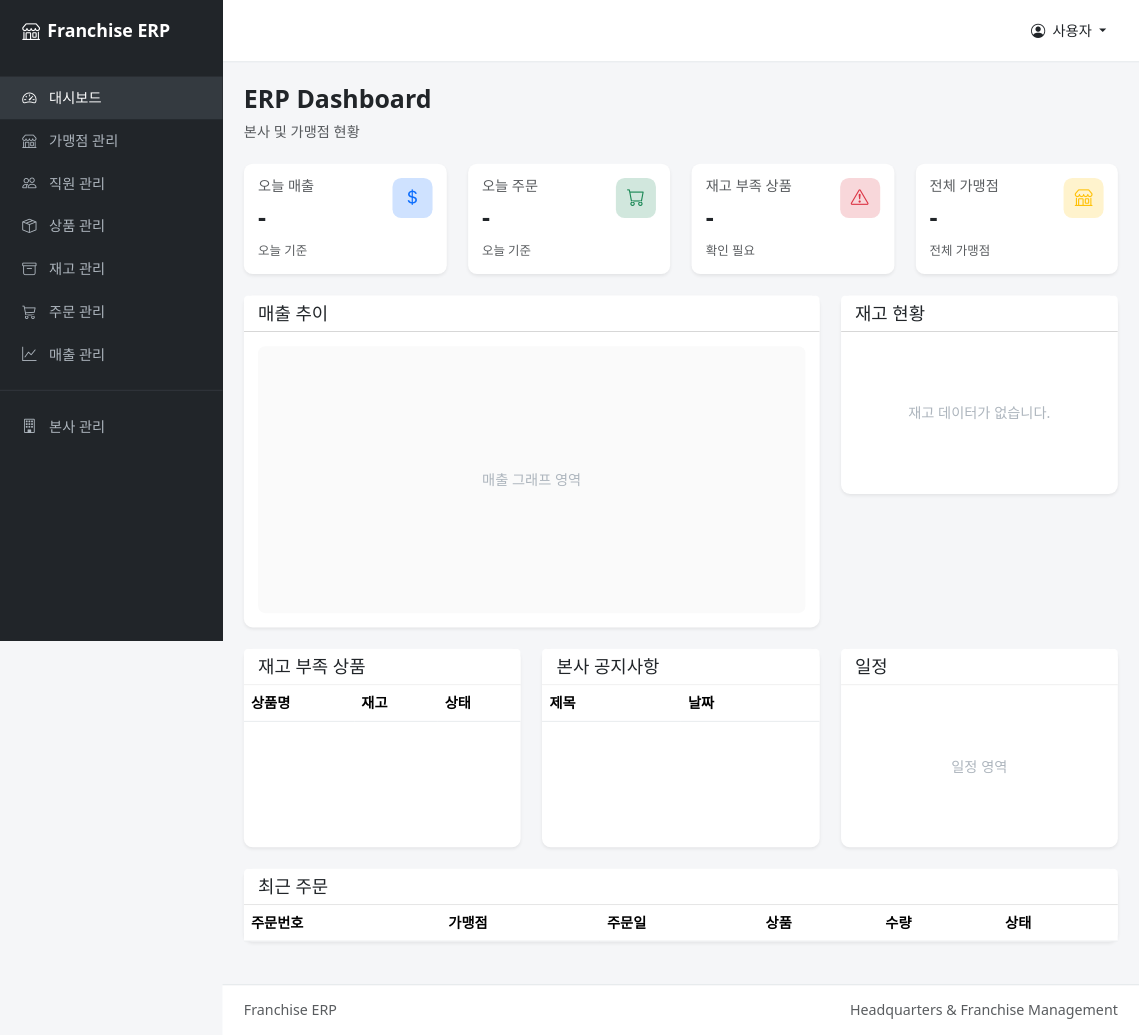
Repository: nojong99/kosta
Page: 32_MVCModel2/src/main/webapp/wasteTrends.html
The author's editor kept a copy of each file at every save. The page is drawn from the files as they stood at one save, then again after the next save.
The browser window is 1280 px wide. The pictures show the whole page, at 89% of full size.

Above is the page before, as saved 2026-09-23 02:42:04.

### 32_MVCModel2/src/main/webapp/wasteTrends.html
<!DOCTYPE html>
<html lang="ko">

<head>
    <meta charset="UTF-8">
    <meta name="viewport" content="width=device-width, initial-scale=1">

    <title>Franchise ERP</title>

    <link
        href="https://cdn.jsdelivr.net/npm/bootstrap@5.3.8/dist/css/bootstrap.min.css"
        rel="stylesheet">
    <link
        rel="stylesheet"
        href="https://cdn.jsdelivr.net/npm/bootstrap-icons@1.13.1/font/bootstrap-icons.min.css">

    <style>

        body {
            background-color: #f5f6f8;
        }

        /* 사이드바 */
        .sidebar {
            width: 250px;
            min-height: 100vh;
            background-color: #212529;
            position: fixed;
            left: 0;
            top: 0;
        }

        .sidebar .logo {
            height: 70px;
            display: flex;
            align-items: center;
            padding: 0 25px;
            font-size: 20px;
            font-weight: bold;
            color: white;
        }

        .sidebar .nav-link {
            color: #adb5bd;
            padding: 12px 25px;
        }

        .sidebar .nav-link:hover,
        .sidebar .nav-link.active {
            color: white;
            background-color: #343a40;
        }

        .sidebar .nav-link i {
            margin-right: 10px;
        }

        /* 메인 */
        .main {
            margin-left: 250px;
            min-height: 100vh;
        }

        /* 상단바 */
        .topbar {
            height: 70px;
            background-color: white;
            border-bottom: 1px solid #dee2e6;
        }

        /* 카드 */
        .dashboard-card {
            border: none;
            border-radius: 10px;
        }

        .dashboard-icon {
            width: 45px;
            height: 45px;
            border-radius: 10px;

            display: flex;
            align-items: center;
            justify-content: center;

            font-size: 20px;
        }

        /* 차트 영역 */
        .chart-area {
            height: 300px;

            display: flex;
            align-items: center;
            justify-content: center;

            color: #adb5bd;
            background-color: #fafafa;
            border-radius: 8px;
        }

        /* 빈 데이터 */
        .empty-data {
            height: 150px;

            display: flex;
            align-items: center;
            justify-content: center;

            color: #adb5bd;
        }

        @media (max-width: 768px) {

            .sidebar {
                width: 70px;
            }

            .sidebar .logo span,
            .sidebar .nav-link span {
                display: none;
            }

            .sidebar .nav-link {
                text-align: center;
                padding: 15px 0;
            }

            .sidebar .nav-link i {
                margin: 0;
            }

            .main {
                margin-left: 70px;
            }

        }

    </style>

</head>


<body>


<!-- ==================================================
     SIDEBAR
================================================== -->

<div class="sidebar">

    <div class="logo">

        <i class="bi bi-shop me-2"></i>

        <span>Franchise ERP</span>

    </div>


    <ul class="nav flex-column mt-3">


        <!-- 대시보드 -->

        <li class="nav-item">

            <a class="nav-link active" href="#">

                <i class="bi bi-speedometer2"></i>

                <span>대시보드</span>

            </a>

        </li>


        <!-- 가맹점 -->

        <li class="nav-item">

            <a class="nav-link" href="#">

                <i class="bi bi-shop"></i>

                <span>가맹점 관리</span>

            </a>

        </li>


        <!-- 직원 -->

        <li class="nav-item">

            <a class="nav-link" href="#">

                <i class="bi bi-people"></i>

                <span>직원 관리</span>

            </a>

        </li>


        <!-- 상품 -->

        <li class="nav-item">

            <a class="nav-link" href="#">

                <i class="bi bi-box-seam"></i>

                <span>상품 관리</span>

            </a>

        </li>


        <!-- 재고 -->

        <li class="nav-item">

            <a class="nav-link" href="#">

                <i class="bi bi-archive"></i>

                <span>재고 관리</span>

            </a>

        </li>


        <!-- 주문 -->

        <li class="nav-item">

            <a class="nav-link" href="#">

                <i class="bi bi-cart3"></i>

                <span>주문 관리</span>

            </a>

        </li>


        <!-- 매출 -->

        <li class="nav-item">

            <a class="nav-link" href="#">

                <i class="bi bi-graph-up"></i>

                <span>매출 관리</span>

            </a>

        </li>


        <hr class="text-secondary">


        <!-- 본사 -->

        <li class="nav-item">

            <a class="nav-link" href="#">

                <i class="bi bi-building"></i>

                <span>본사 관리</span>

            </a>

        </li>


    </ul>

</div>



<!-- ==================================================
     MAIN
================================================== -->

<div class="main">


    <!-- ==================================================
         TOPBAR
    ================================================== -->

    <nav class="navbar topbar px-4">

        <div>

            <button
                class="btn btn-light d-md-none">

                <i class="bi bi-list"></i>

            </button>

        </div>


        <div class="dropdown">

            <button
                class="btn dropdown-toggle"
                data-bs-toggle="dropdown">

                <i class="bi bi-person-circle me-1"></i>

                사용자

            </button>


            <ul class="dropdown-menu dropdown-menu-end">

                <li>
                    <a class="dropdown-item" href="#">
                        프로필
                    </a>
                </li>

                <li>
                    <a class="dropdown-item" href="#">
                        설정
                    </a>
                </li>

                <li>
                    <hr class="dropdown-divider">
                </li>

                <li>
                    <a class="dropdown-item" href="#">
                        로그아웃
                    </a>
                </li>

            </ul>

        </div>

    </nav>



    <!-- ==================================================
         CONTENT
    ================================================== -->

    <main class="container-fluid p-4">


        <!-- 제목 -->

        <div class="mb-4">

            <h3 class="fw-bold">
                ERP Dashboard
            </h3>

            <p class="text-muted mb-0">
                본사 및 가맹점 현황
            </p>

        </div>



        <!-- ==================================================
             1. 주요 현황
        ================================================== -->

        <div class="row g-4 mb-4">


            <!-- 오늘 매출 -->

            <div class="col-12 col-sm-6 col-xl-3">

                <div class="card dashboard-card shadow-sm">

                    <div class="card-body">

                        <div class="d-flex justify-content-between">

                            <div>

                                <h6 class="text-muted">
                                    오늘 매출
                                </h6>

                                <h3 class="fw-bold">
                                    -
                                </h3>

                            </div>


                            <div class="dashboard-icon bg-primary-subtle text-primary">

                                <i class="bi bi-currency-dollar"></i>

                            </div>

                        </div>

                        <small class="text-muted">
                            오늘 기준
                        </small>

                    </div>

                </div>

            </div>



            <!-- 주문 -->

            <div class="col-12 col-sm-6 col-xl-3">

                <div class="card dashboard-card shadow-sm">

                    <div class="card-body">

                        <div class="d-flex justify-content-between">

                            <div>

                                <h6 class="text-muted">
                                    오늘 주문
                                </h6>

                                <h3 class="fw-bold">
                                    -
                                </h3>

                            </div>


                            <div class="dashboard-icon bg-success-subtle text-success">

                                <i class="bi bi-cart"></i>

                            </div>

                        </div>

                        <small class="text-muted">
                            오늘 기준
                        </small>

                    </div>

                </div>

            </div>



            <!-- 재고 부족 -->

            <div class="col-12 col-sm-6 col-xl-3">

                <div class="card dashboard-card shadow-sm">

                    <div class="card-body">

                        <div class="d-flex justify-content-between">

                            <div>

                                <h6 class="text-muted">
                                    재고 부족 상품
                                </h6>

                                <h3 class="fw-bold">
                                    -
                                </h3>

                            </div>


                            <div class="dashboard-icon bg-danger-subtle text-danger">

                                <i class="bi bi-exclamation-triangle"></i>

                            </div>

                        </div>

                        <small class="text-muted">
                            확인 필요
                        </small>

                    </div>

                </div>

            </div>



            <!-- 가맹점 -->

            <div class="col-12 col-sm-6 col-xl-3">

                <div class="card dashboard-card shadow-sm">

                    <div class="card-body">

                        <div class="d-flex justify-content-between">

                            <div>

                                <h6 class="text-muted">
                                    전체 가맹점
                                </h6>

                                <h3 class="fw-bold">
                                    -
                                </h3>

                            </div>


                            <div class="dashboard-icon bg-warning-subtle text-warning">

                                <i class="bi bi-shop"></i>

                            </div>

                        </div>

                        <small class="text-muted">
                            전체 가맹점
                        </small>

                    </div>

                </div>

            </div>

        </div>



        <!-- ==================================================
             2. 매출 / 재고
        ================================================== -->

        <div class="row g-4 mb-4">


            <!-- 매출 그래프 -->

            <div class="col-12 col-xl-8">

                <div class="card dashboard-card shadow-sm">

                    <div class="card-header bg-white">

                        <h5 class="mb-0">
                            매출 추이
                        </h5>

                    </div>

                    <div class="card-body">

                        <div class="chart-area">

                            <span>
                                매출 그래프 영역
                            </span>

                        </div>

                    </div>

                </div>

            </div>



            <!-- 재고 -->

            <div class="col-12 col-xl-4">

                <div class="card dashboard-card shadow-sm">

                    <div class="card-header bg-white">

                        <h5 class="mb-0">
                            재고 현황
                        </h5>

                    </div>

                    <div class="card-body">

                        <div class="empty-data">

                            재고 데이터가 없습니다.

                        </div>

                    </div>

                </div>

            </div>

        </div>



        <!-- ==================================================
             3. 재고 / 공지 / 일정
        ================================================== -->

        <div class="row g-4 mb-4">


            <!-- 재고 부족 -->

            <div class="col-12 col-lg-4">

                <div class="card dashboard-card shadow-sm h-100">

                    <div class="card-header bg-white">

                        <h5 class="mb-0">
                            재고 부족 상품
                        </h5>

                    </div>


                    <div class="card-body p-0">

                        <div class="table-responsive">

                            <table class="table table-hover mb-0">

                                <thead>

                                    <tr>

                                        <th>상품명</th>

                                        <th>재고</th>

                                        <th>상태</th>

                                    </tr>

                                </thead>


                                <tbody>

                                    <!-- DB 데이터 출력 -->

                                </tbody>

                            </table>

                        </div>

                    </div>

                </div>

            </div>



            <!-- 공지 -->

            <div class="col-12 col-lg-4">

                <div class="card dashboard-card shadow-sm h-100">

                    <div class="card-header bg-white">

                        <h5 class="mb-0">
                            본사 공지사항
                        </h5>

                    </div>


                    <div class="card-body p-0">

                        <div class="table-responsive">

                            <table class="table table-hover mb-0">

                                <thead>

                                    <tr>

                                        <th>제목</th>

                                        <th>날짜</th>

                                    </tr>

                                </thead>


                                <tbody>

                                    <!-- DB 데이터 출력 -->

                                </tbody>

                            </table>

                        </div>

                    </div>

                </div>

            </div>



            <!-- 일정 -->

            <div class="col-12 col-lg-4">

                <div class="card dashboard-card shadow-sm h-100">

                    <div class="card-header bg-white">

                        <h5 class="mb-0">
                            일정
                        </h5>

                    </div>


                    <div class="card-body">

                        <div class="empty-data">

                            일정 영역

                        </div>

                    </div>

                </div>

            </div>

        </div>



        <!-- ==================================================
             4. 최근 주문
        ================================================== -->

        <div class="card dashboard-card shadow-sm">


            <div class="card-header bg-white">

                <h5 class="mb-0">
                    최근 주문
                </h5>

            </div>


            <div class="card-body p-0">

                <div class="table-responsive">

                    <table class="table table-hover mb-0">

                        <thead>

                            <tr>

                                <th>주문번호</th>

                                <th>가맹점</th>

                                <th>주문일</th>

                                <th>상품</th>

                                <th>수량</th>

                                <th>상태</th>

                            </tr>

                        </thead>


                        <tbody>

                            <!--
                                나중에 DB에서 가져온 데이터를
                                여기에 출력
                            -->

                        </tbody>

                    </table>

                </div>

            </div>

        </div>


    </main>



    <!-- ==================================================
         FOOTER
    ================================================== -->

    <footer class="py-3 mt-4 bg-white border-top">

        <div class="container-fluid px-4">

            <div class="d-flex justify-content-between">

                <span class="text-muted">
                    Franchise ERP
                </span>

                <span class="text-muted">
                    Headquarters & Franchise Management
                </span>

            </div>

        </div>

    </footer>


</div>



<!-- Bootstrap 5 JS -->

<script
    src="https://cdn.jsdelivr.net/npm/bootstrap@5.3.8/dist/js/bootstrap.bundle.min.js">
</script>


</body>

</html>

Loaded but not shown: 32_MVCModel2/src/main/webapp/css/wasteTrends.css (122 lines, source omitted)

After the next save:
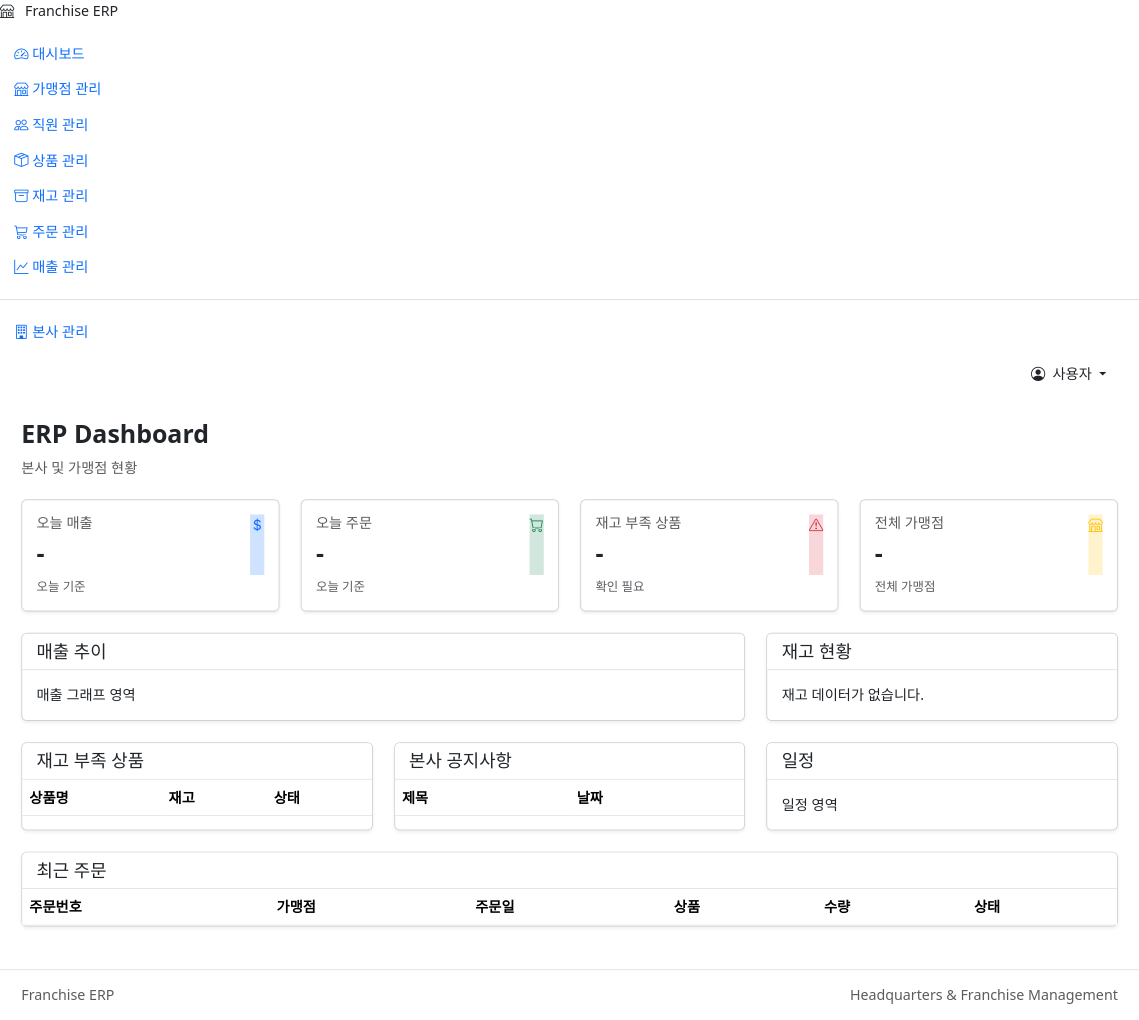
Saved 18 s later.
--- a/32_MVCModel2/src/main/webapp/wasteTrends.html
+++ b/32_MVCModel2/src/main/webapp/wasteTrends.html
@@ -14,129 +14,6 @@
         rel="stylesheet"
         href="https://cdn.jsdelivr.net/npm/bootstrap-icons@1.13.1/font/bootstrap-icons.min.css">
 
-    <style>
-
-        body {
-            background-color: #f5f6f8;
-        }
-
-        /* 사이드바 */
-        .sidebar {
-            width: 250px;
-            min-height: 100vh;
-            background-color: #212529;
-            position: fixed;
-            left: 0;
-            top: 0;
-        }
-
-        .sidebar .logo {
-            height: 70px;
-            display: flex;
-            align-items: center;
-            padding: 0 25px;
-            font-size: 20px;
-            font-weight: bold;
-            color: white;
-        }
-
-        .sidebar .nav-link {
-            color: #adb5bd;
-            padding: 12px 25px;
-        }
-
-        .sidebar .nav-link:hover,
-        .sidebar .nav-link.active {
-            color: white;
-            background-color: #343a40;
-        }
-
-        .sidebar .nav-link i {
-            margin-right: 10px;
-        }
-
-        /* 메인 */
-        .main {
-            margin-left: 250px;
-            min-height: 100vh;
-        }
-
-        /* 상단바 */
-        .topbar {
-            height: 70px;
-            background-color: white;
-            border-bottom: 1px solid #dee2e6;
-        }
-
-        /* 카드 */
-        .dashboard-card {
-            border: none;
-            border-radius: 10px;
-        }
-
-        .dashboard-icon {
-            width: 45px;
-            height: 45px;
-            border-radius: 10px;
-
-            display: flex;
-            align-items: center;
-            justify-content: center;
-
-            font-size: 20px;
-        }
-
-        /* 차트 영역 */
-        .chart-area {
-            height: 300px;
-
-            display: flex;
-            align-items: center;
-            justify-content: center;
-
-            color: #adb5bd;
-            background-color: #fafafa;
-            border-radius: 8px;
-        }
-
-        /* 빈 데이터 */
-        .empty-data {
-            height: 150px;
-
-            display: flex;
-            align-items: center;
-            justify-content: center;
-
-            color: #adb5bd;
-        }
-
-        @media (max-width: 768px) {
-
-            .sidebar {
-                width: 70px;
-            }
-
-            .sidebar .logo span,
-            .sidebar .nav-link span {
-                display: none;
-            }
-
-            .sidebar .nav-link {
-                text-align: center;
-                padding: 15px 0;
-            }
-
-            .sidebar .nav-link i {
-                margin: 0;
-            }
-
-            .main {
-                margin-left: 70px;
-            }
-
-        }
-
-    </style>
 
 </head>
 

After the save that followed:
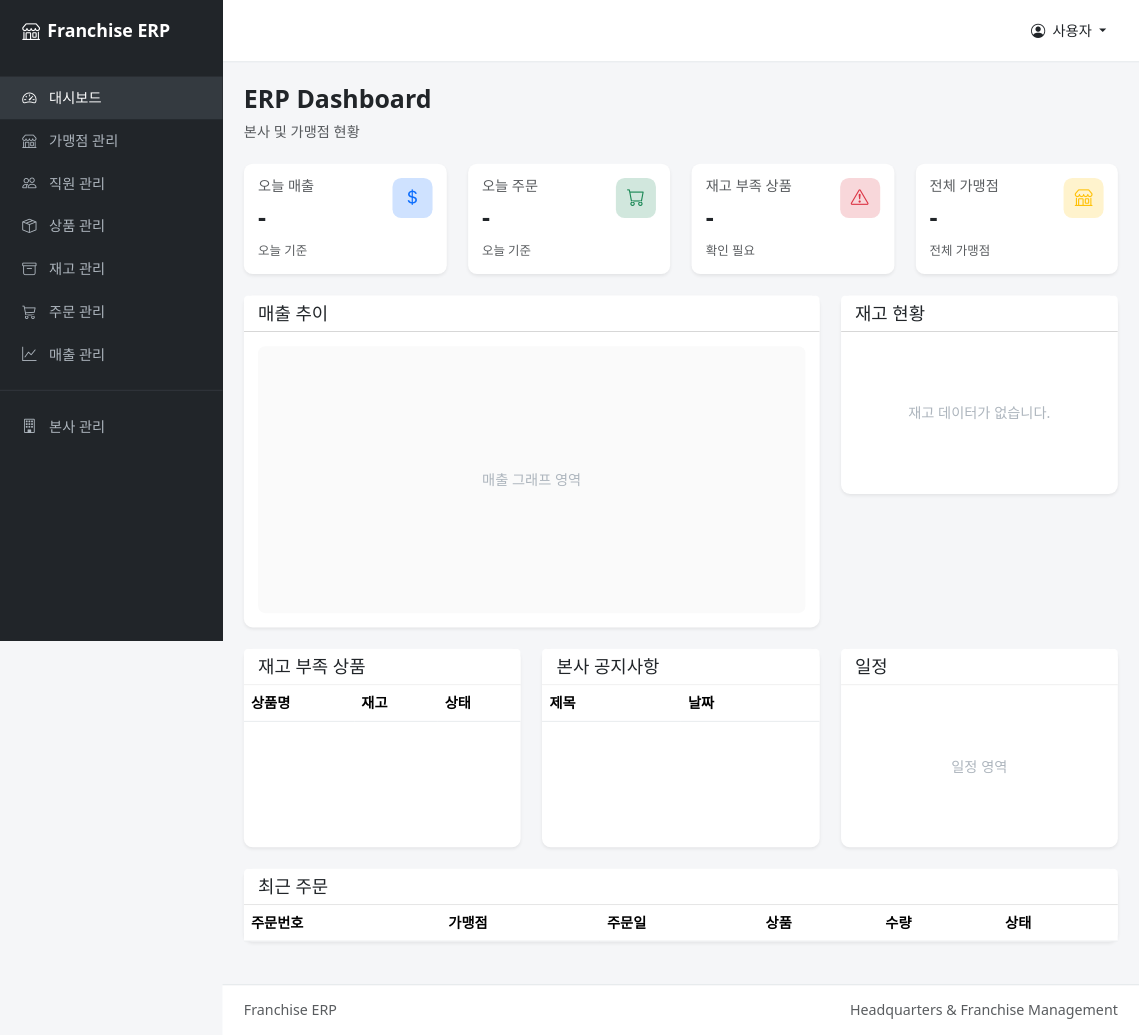
Saved 19 s later.
--- a/32_MVCModel2/src/main/webapp/wasteTrends.html
+++ b/32_MVCModel2/src/main/webapp/wasteTrends.html
@@ -13,6 +13,7 @@
     <link
         rel="stylesheet"
         href="https://cdn.jsdelivr.net/npm/bootstrap-icons@1.13.1/font/bootstrap-icons.min.css">
+	<link rel="stylesheet" href="css/wasteTrends.css">
 
 
 </head>
